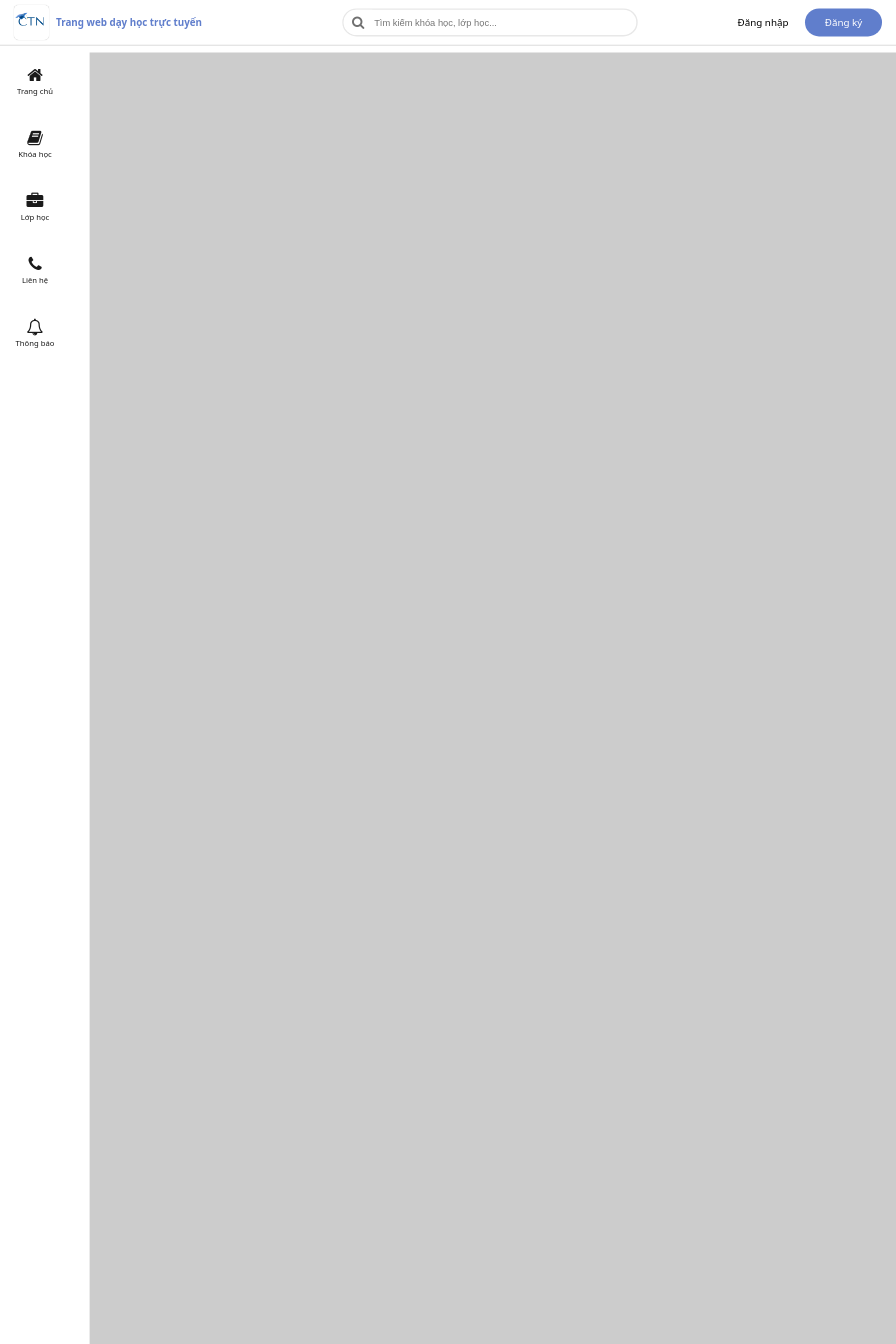
Repository: Nieday306/shophoaqua
Page: index.html
An editor plug-in stored every save of this project. The page is shown before and after the next save, followed by the edit.
The browser window is 1280 px wide. The pictures show the part of the page from y = 0 to 1920 px (the page is 5575 px tall), at 70% of full size.

Above is the page before, as saved 2024-04-07 15:50:39.

After the next save:
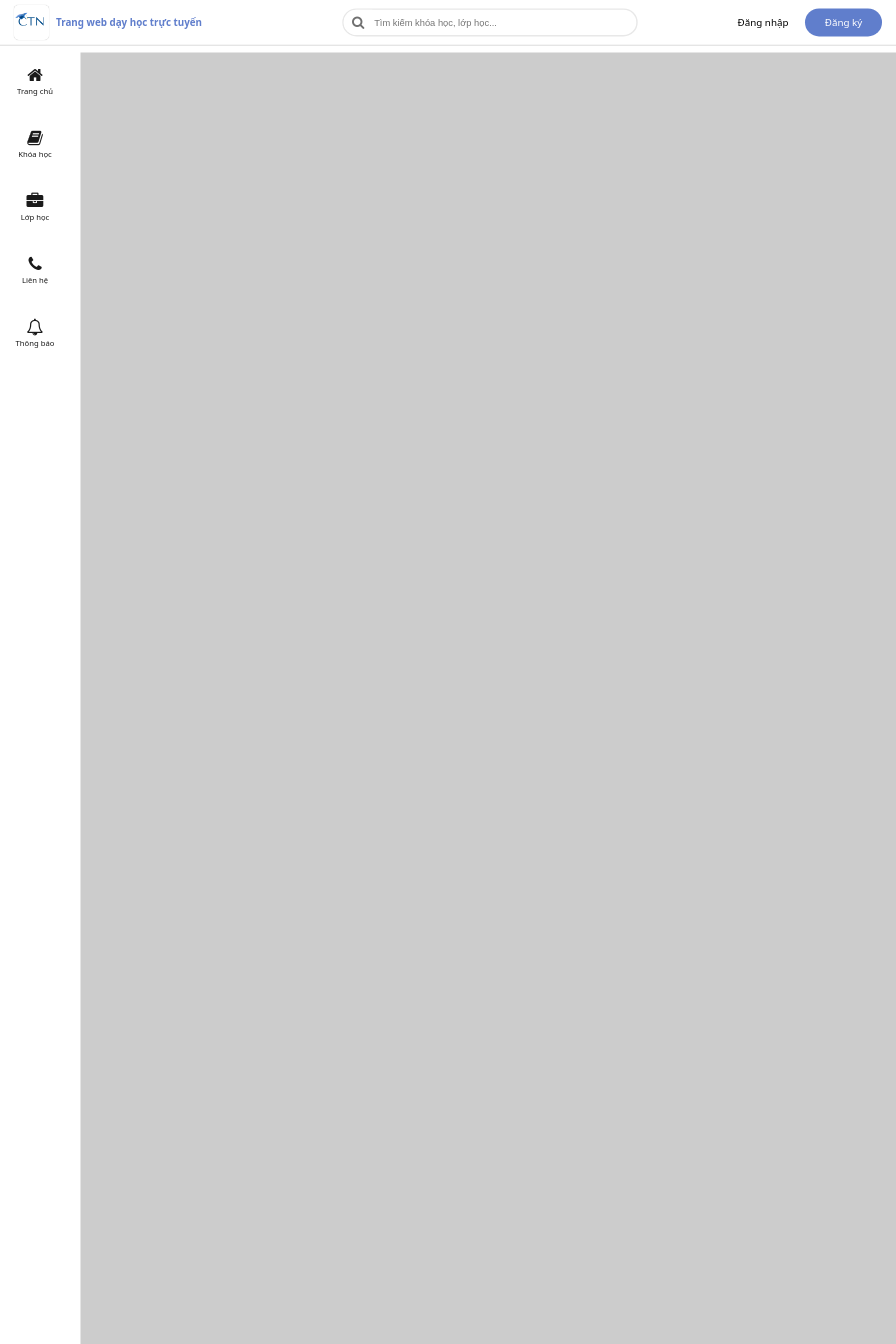
Saved 12 s later.
--- a/assets/css/style.css
+++ b/assets/css/style.css
@@ -196,7 +196,7 @@ header {
 }
 
 .sidebar__content {
-  margin-left: 10%;
+  margin-left: 9%;
   width: 91%;
   height: 5000px;
   background-color: #ccc;
